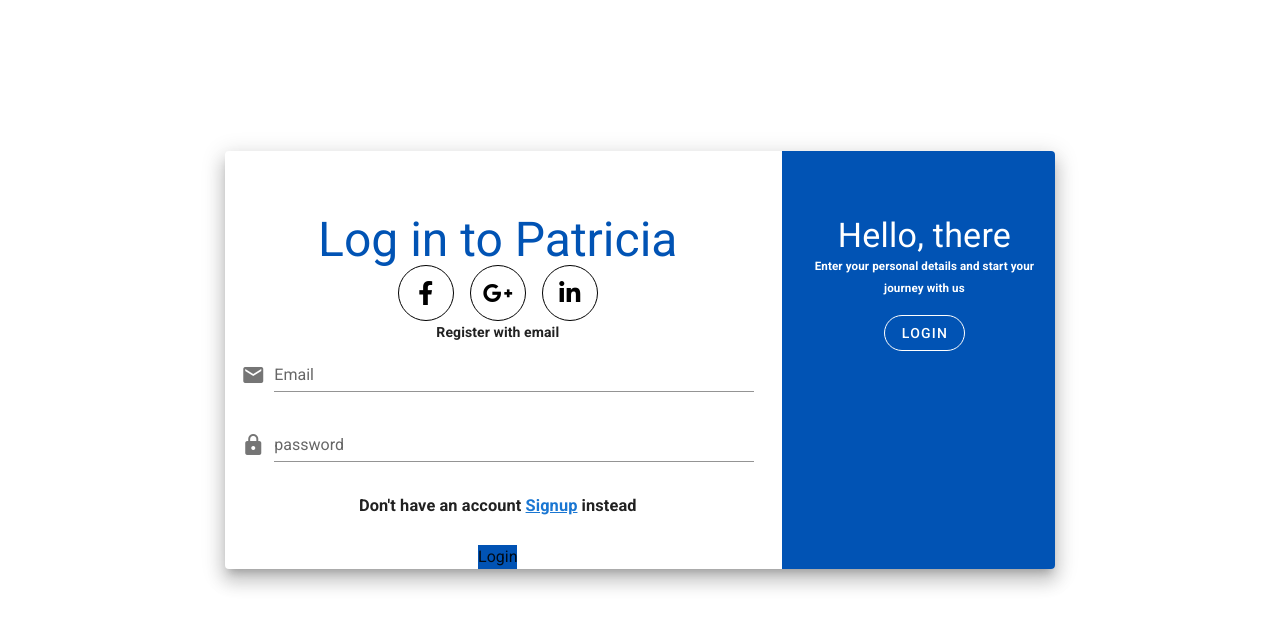
Repository: akinsikuoluwafemi/Pats_userAuth
Page: /login
The author's editor kept a copy of each file at every save. The page is drawn from the files as they stood at one save, then again after a run of saves.
The browser window is 1280 px wide. The pictures show the whole page.
The project was rebuilt for these pictures with package versions that can differ from the ones it lists, and the page was loaded fresh each time. Also part of the build but not shown: vue.config.js, src/views/Home.vue, src/views/Signup.vue, src/views/UserInfo.vue.

Above is the page before, as saved 2020-11-05 02:27:14.

### src/App.vue
<template>
  <v-app>


    <v-main>
      <router-view></router-view>
    </v-main>
  </v-app>
</template>

<script>

export default {
  name: 'App',

  components: {

},

  data: () => ({
    //
  }),
};
</script>

### src/router/index.js
import Vue from 'vue'
import VueRouter from 'vue-router'
import Home from '../views/Home.vue'
import Login from '../views/Login.vue'
import Signup from "../views/Signup.vue";
import UserInfo from "../views/UserInfo.vue";


Vue.use(VueRouter)

const routes = [
  {
    path: "/",
    name: "Home",
    component: Home,
  },
  {
    path: "/login",
    name: "Login",
    component: Login,
  },

  {
    path: "/signup",
    name: "Signup",
    component: Signup,
  },

  {
    path: "/userinfo",
    name: "Userinfo",
    component: UserInfo,
  },
  {
    path: "/about",
    name: "About",
    // route level code-splitting
    // this generates a separate chunk (about.[hash].js) for this route
    // which is lazy-loaded when the route is visited.
    component: () =>
      import(/* webpackChunkName: "about" */ "../views/About.vue"),
  },
];

const router = new VueRouter({
  mode: 'history',
  base: process.env.BASE_URL,
  routes
})

export default router

### src/plugins/vuetify.js
import "@fortawesome/fontawesome-free/css/all.css"
import 'material-design-icons-iconfont/dist/material-design-icons.css'
import Vue from 'vue';
import Vuetify from 'vuetify/lib';

Vue.use(Vuetify);

export default new Vuetify({
    icons: {
        iconfont: 'md' || 'fa'
    }
});

### src/views/Login.vue
<template>
  <v-app>
    <v-content>
      <v-container class="fill-height" fluid>
        <v-row align="center" justify="center">
          <v-col cols="12" sm="8" md="8">
            <v-card class="elevation-12">
              <v-window v-model="stop">
                <v-window-item :value="1">
                  <v-row>
                    <v-col cols="12" md="8">
                      <v-card-text class="mt-12">
                        <h1
                          class="text-center display-2"
                          v-bind:style="{ color: '#0153B4' }"
                        >
                          Log in to Patricia
                        </h1>
                        <div class="text-center" mt-4>
                          <v-btn class="mx-2" fab color="black" outlined>
                            <v-icon>fab fa-facebook-f</v-icon>
                          </v-btn>
                          <v-btn class="mx-2" fab color="black" outlined>
                            <v-icon>fab fa-google-plus-g</v-icon>
                          </v-btn>
                          <v-btn class="mx-2" fab color="black" outlined>
                            <v-icon>fab fa-linkedin-in</v-icon>
                          </v-btn>
                        </div>
                        <h4 class="text-center mlt-4">Register with email</h4>
                        <v-form>
                          <v-text-field
                            label="Email"
                            name="Email"
                            prepend-icon="email"
                            type="text"
                            v-bind:style="{ color: '#0153B4' }"
                          />
                          <v-text-field
                            id="password"
                            label="password"
                            name="Password"
                            prepend-icon="lock"
                            type="password"
                            v-bind:style="{ color: '#0153B4' }"
                          />

                        </v-form>
                        <h3 class="text-center mt-3">
                          Don't have an account
                          <router-link to="/signup"> Signup</router-link> instead
                        </h3>
                      </v-card-text>
                      <div class="text-center mt-3">
                        <button
                          v-on:click="counter "
                          rounded
                          v-bind:style="{ background: '#0153B4' }"
                          dark

                          >Login</button
                        >
                      </div>
                    </v-col>
                    <v-col
                      cols="12"
                      md="4"
                      class=""
                      v-bind:style="{ background: '#0153B4' }"
                    >
                      <v-card-text class="white--text mt-12">
                        <h1 class="text-center display-1">Hello, there</h1>
                        <h5 class="text-center">
                          Enter your personal details and start your journey
                          with us
                        </h5>
                      </v-card-text>
                      <div class="text-center">
                        <v-btn rounded outlined="" dark @click="step++">
                          Login
                        </v-btn>
                      </div>
                    </v-col>
                  </v-row>
                </v-window-item>
              </v-window>
            </v-card>
          </v-col>
        </v-row>
      </v-container>
    </v-content>
  </v-app>
</template>
<script>
export default {
  data: () => ({
    step: 1
  }),
  props: {
    source: String
  }
}
</script>

Loaded but not shown: public/index.html (common file); src/main.js (common file)

After the next 2 saves:
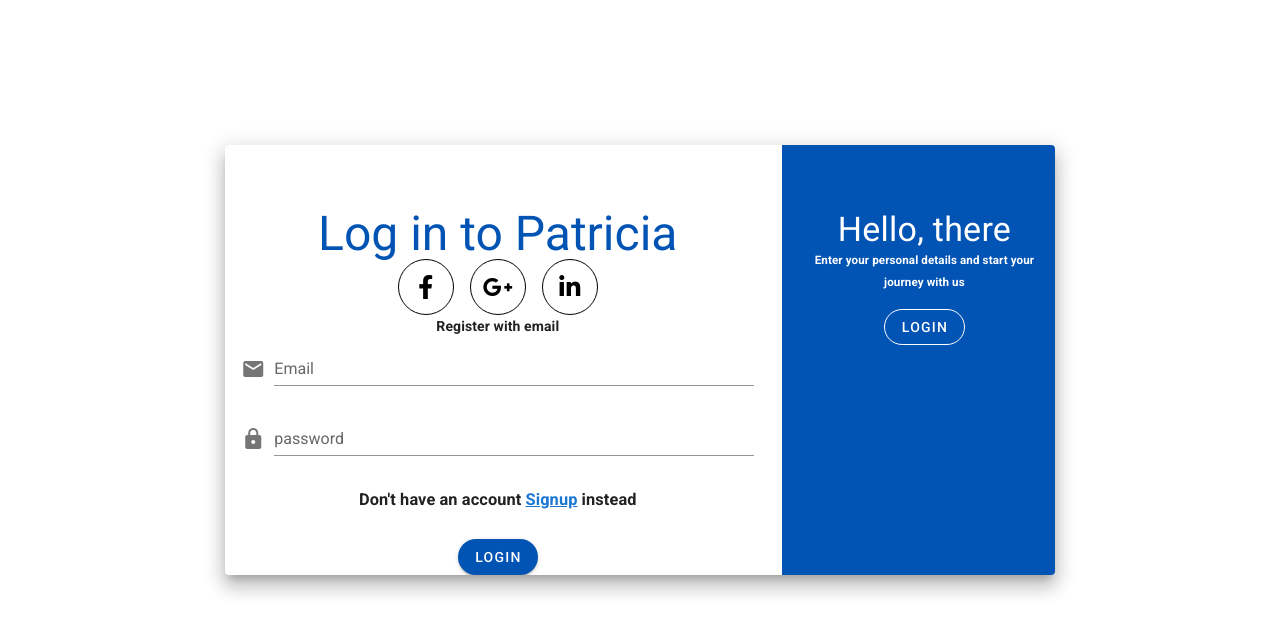
The 2 saves are shown as one change because they came seconds apart.
The last was saved 7 s later.
--- a/src/views/Login.vue
+++ b/src/views/Login.vue
@@ -52,13 +52,12 @@
                         </h3>
                       </v-card-text>
                       <div class="text-center mt-3">
-                        <button
-                          v-on:click="counter "
+                        <v-btn
                           rounded
                           v-bind:style="{ background: '#0153B4' }"
                           dark
 
-                          >Login</button
+                          >Login</v-btn
                         >
                       </div>
                     </v-col>
